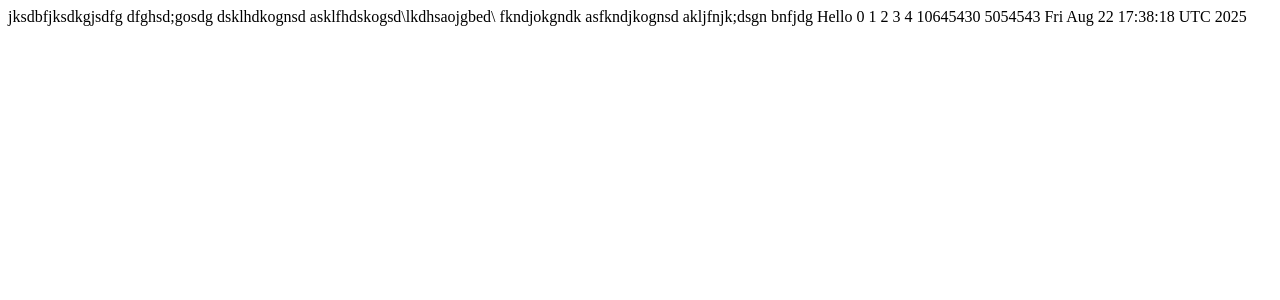
Repository: imtanmayraj/Java-Projects
Page: http://localhost/web_app_2/welcome.jsp
These files come from the project's save history. The page is drawn as it stood at one moment and after the next save; the edit follows.
The browser window is 1280 px wide. The pictures show the whole page.
The page is served by Tomcat 10. Other server files are loaded and not shown.

Above is the page before, as saved 2025-08-24 13:43:40.

### web_app_2/src/main/webapp/welcome.jsp
<%@ page language="java" contentType="text/html; charset=UTF-8"
    pageEncoding="UTF-8"%>
    <%@ page import="java.util.Date"  %>

    <%@ include file='t1.txt' %>
<!DOCTYPE html>
<html>
<head>
<meta charset="UTF-8">
<title>JSP Servlet Example</title>
</head>
<body>
<%
//Scriptlet tag - can't create static/non-static var
	System.out.println(100);
	out.println("Hello");

	for(int i=0;i<5;i++){
		out.println(i);
	}


%>

<%!

//Expression tag - can create static/non-static var
int  x=10645430;
int y=5054543;

%>


<%=x %>
<%=y %>

<%= new Date() %>
</body>
</html>

### web_app_2/src/main/webapp/t1.txt
jksdbfjksdkgjsdfg
dfghsd;gosdg
dsklhdkognsd
asklfhdskogsd\lkdhsaojgbed\
fkndjokgndk
asfkndjkognsd
akljfnjk;dsgn
bnfjdg

### web_app_2/src/main/webapp/menu.html
<!DOCTYPE html>
<html>
<head>
<meta charset="UTF-8">
<title>Insert title here</title>
</head>
<body>
<a href="">Home</a>
<a href="">SignUP</a>
<a href="">Logout</a>
</body>
</html>

After the next save:
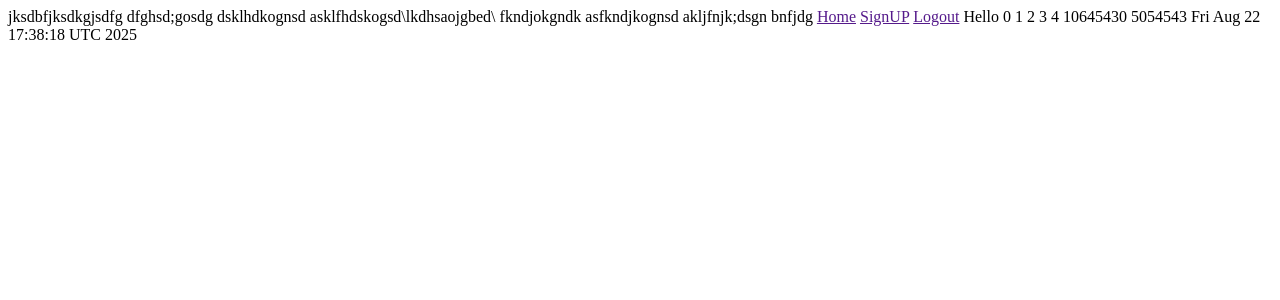
Saved 73 s later.
--- a/web_app_2/src/main/webapp/welcome.jsp
+++ b/web_app_2/src/main/webapp/welcome.jsp
@@ -3,6 +3,8 @@
     <%@ page import="java.util.Date"  %>
 
     <%@ include file='t1.txt' %>
+
+     <%@ include file='menu.html' %>
 <!DOCTYPE html>
 <html>
 <head>
